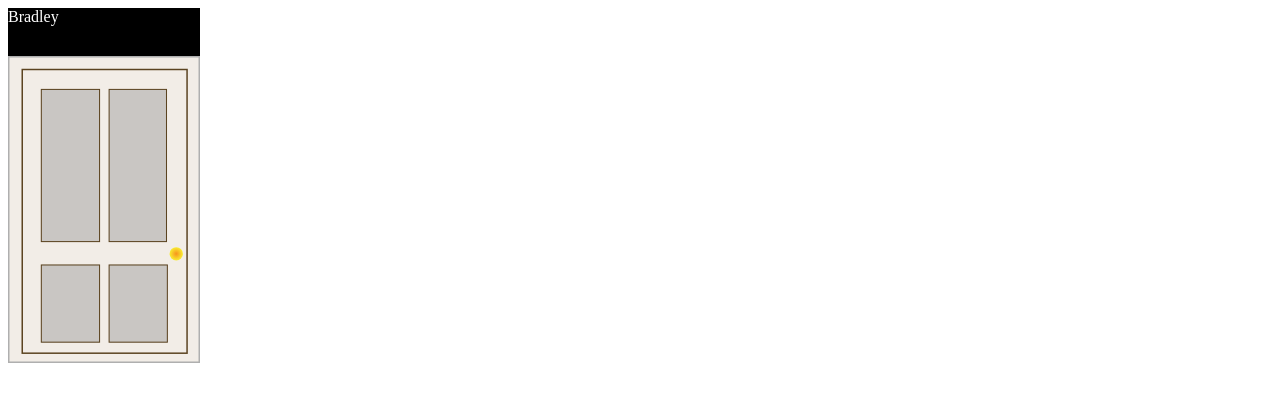
Repository: dnguyen130/HelpAHomieV3
Page: index.html
The author's editor kept a copy of each file at every save. The page is drawn from the files as they stood at one save, then again after the next save.
The browser window is 1280 px wide. The pictures show the whole page.

Above is the page before, as saved 2021-03-10 18:41:10.

After the next save:
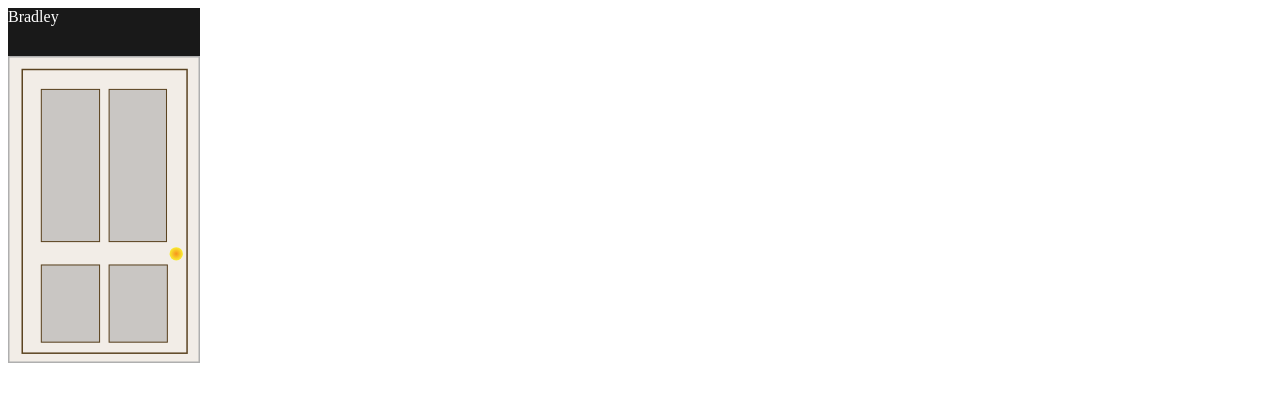
Saved 5 min 30 s later.
--- a/comps/Door/index.js
+++ b/comps/Door/index.js
@@ -10,7 +10,7 @@ function DoorUI(image="images/doorclosed.svg", hoverimage="images/dooropened.svg
             <div style="
                 width: 12rem;
                 height: 3rem;
-                background-color: black;
+                background-color: #191919;
                 color: white;
             ">${text}
             </div>
